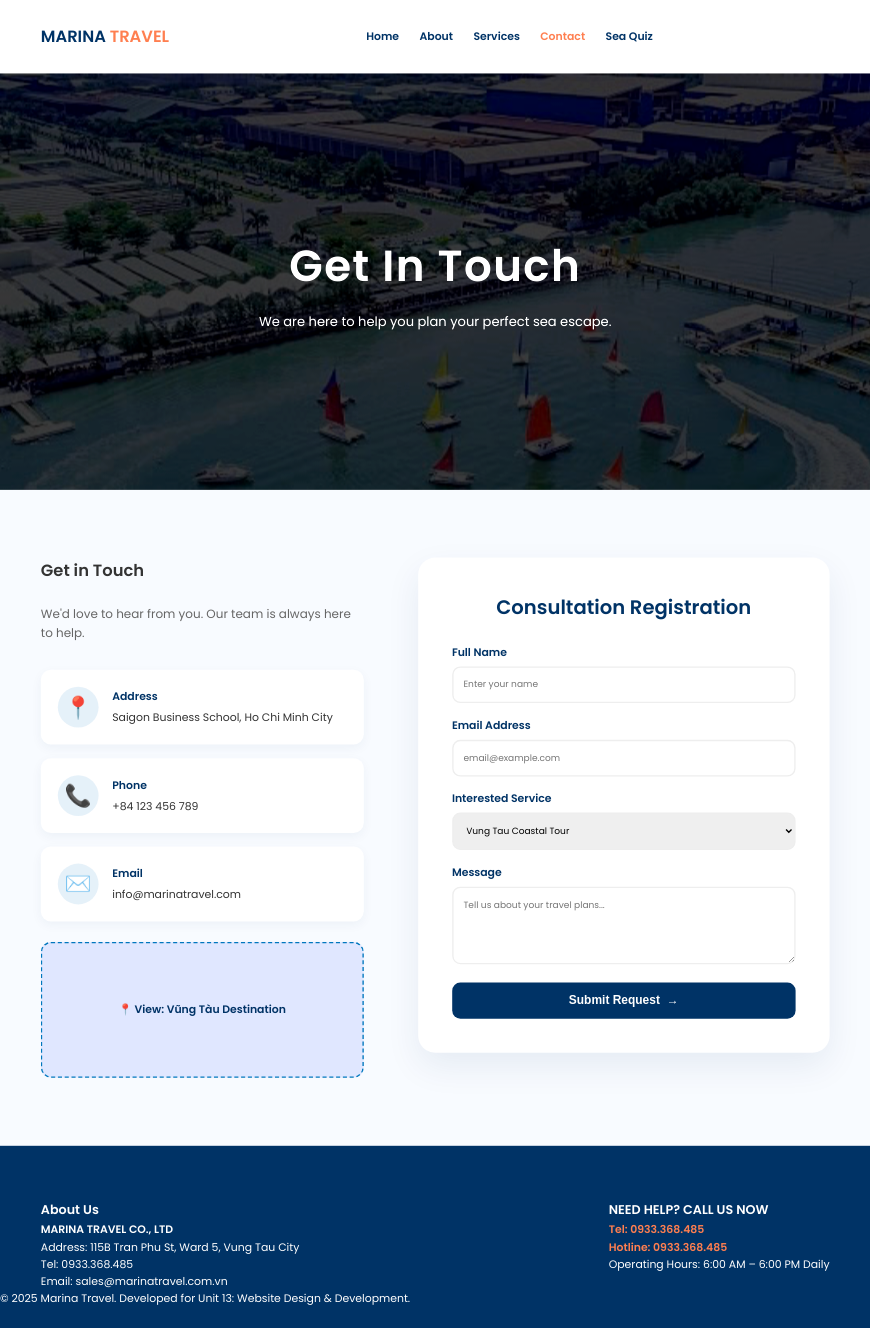
Repository: phatlam0058-commits/WebDD
Page: html/contact.html
These files come from the project's save history. The page is drawn as it stood at one moment and after the next save; the edit follows.
The browser window is 1280 px wide. The pictures show the whole page, at 68% of full size.

Above is the page before, as saved 2026-01-28 14:13:00.

After the next save:
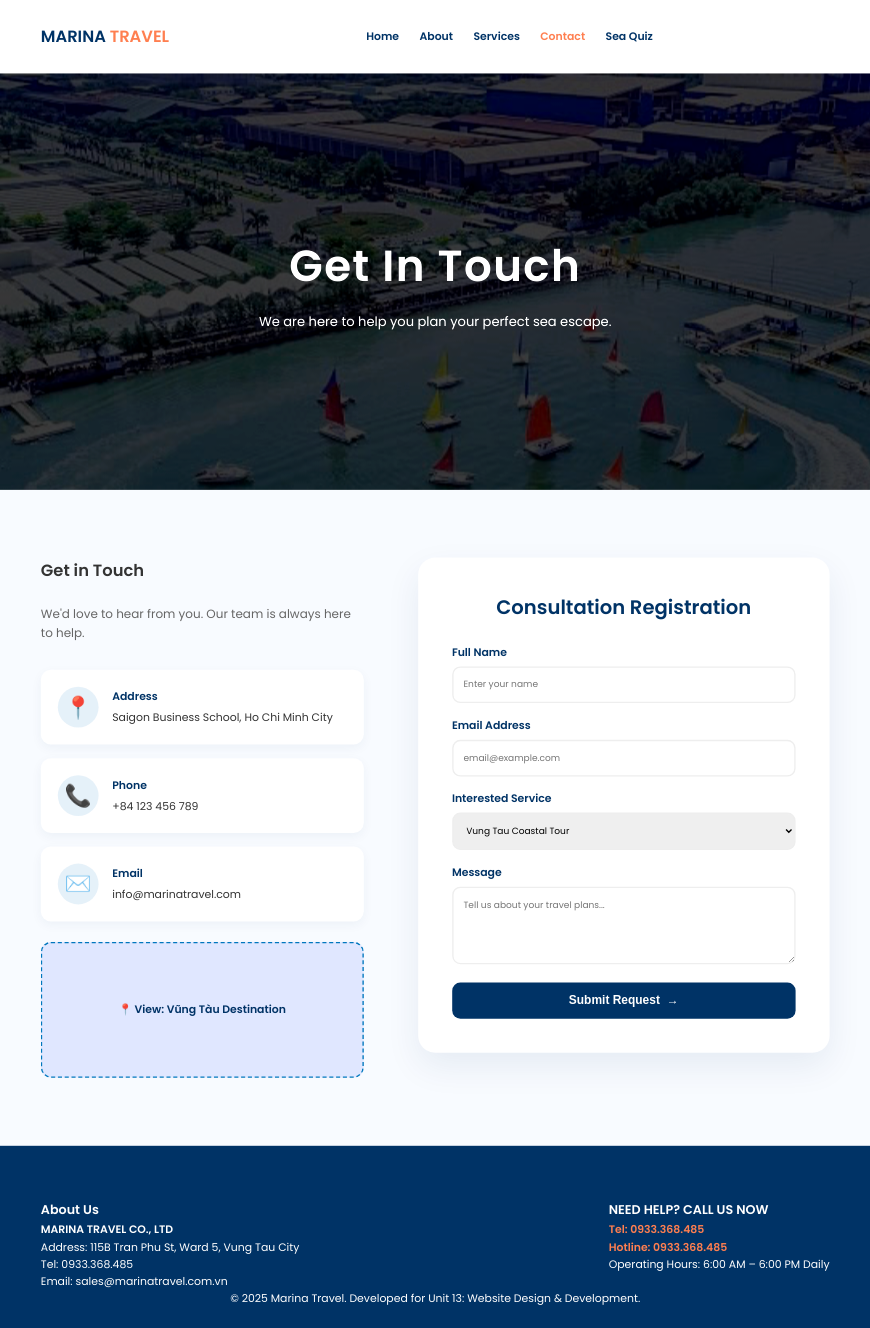
Saved 3 min 36 s later.
--- a/css/style.css
+++ b/css/style.css
@@ -338,6 +338,9 @@ footer {
     flex-wrap: wrap;
     gap: 40px;
 }
+.footer-bottom{
+    text-align: center;
+}
 
 .hotline-text {
     font-weight: 700;
